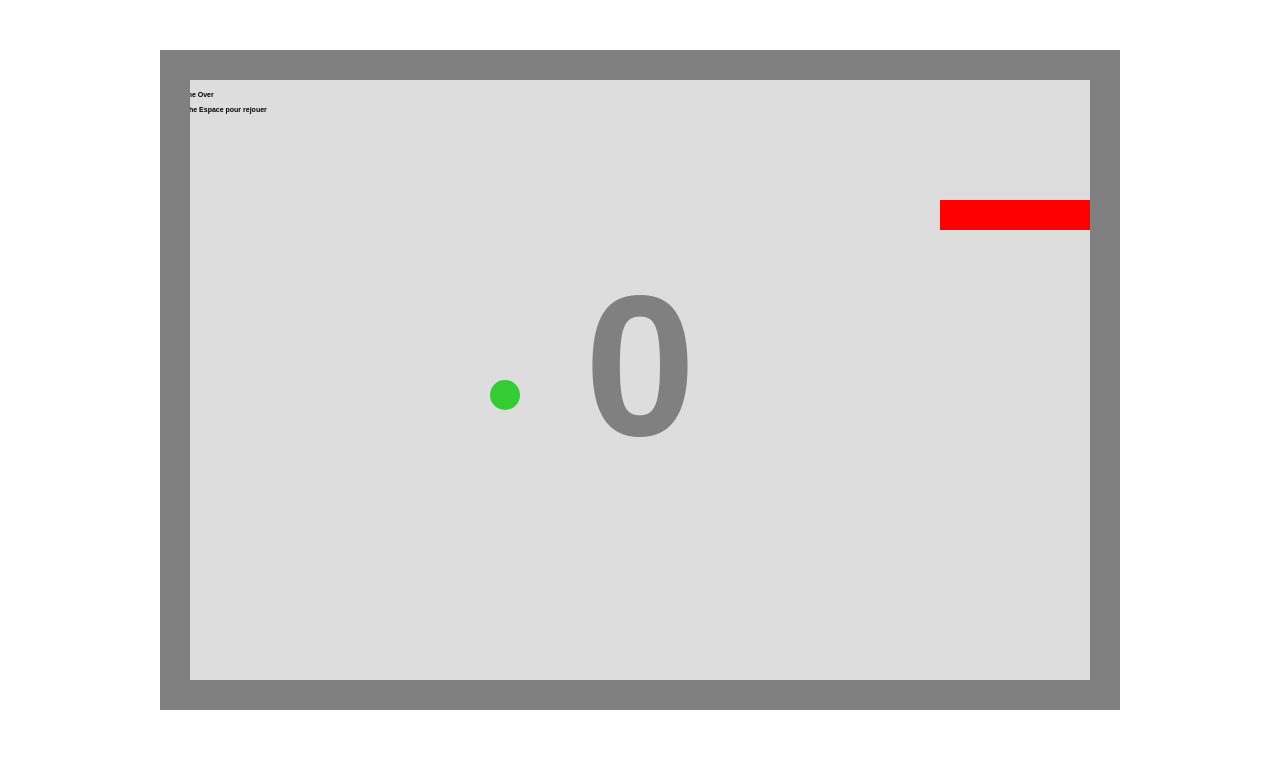
Repository: 0Memo/serpent
Page: index.html
The author's editor kept a copy of each file at every save. The page is drawn from the files as they stood at one save, then again after the next save.
The browser window is 1280 px wide. The pictures show the whole page.

Above is the page before, as saved 2020-12-16 22:19:14.

After the next save:
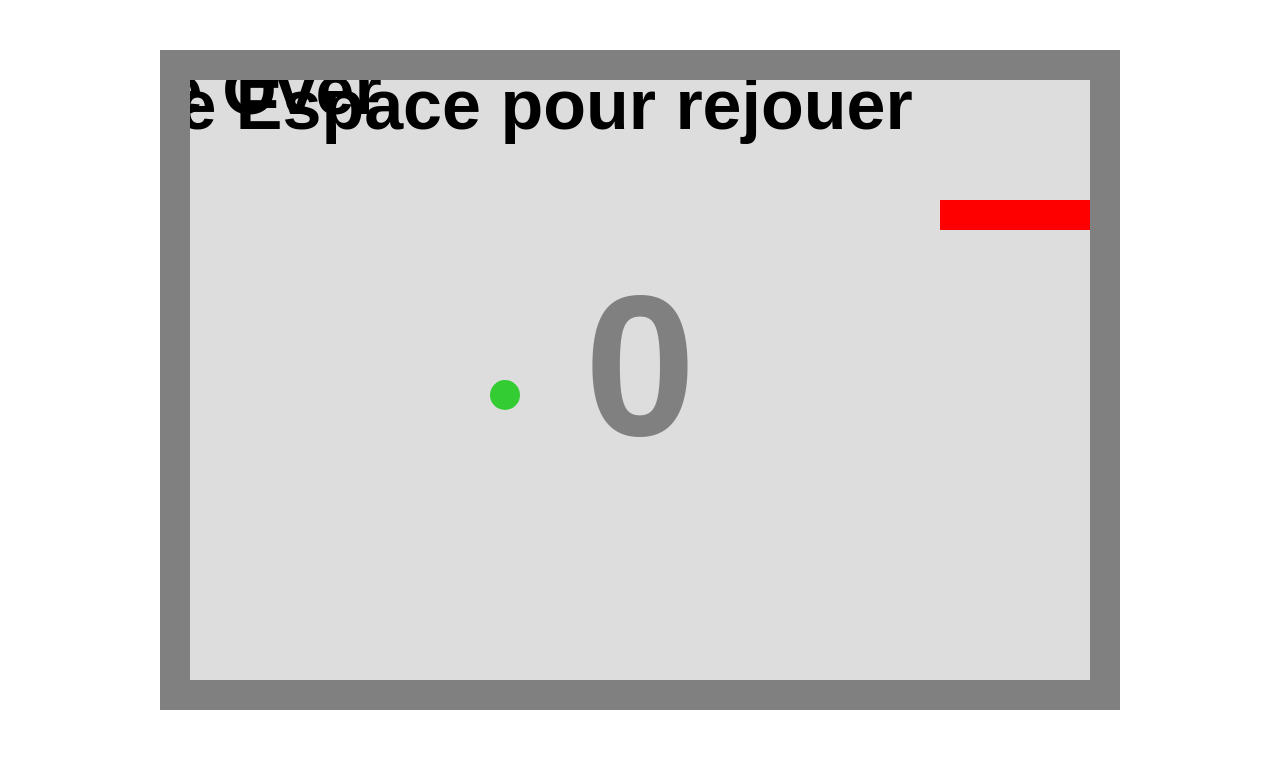
Saved 9 s later.
--- a/js/script.js
+++ b/js/script.js
@@ -57,7 +57,7 @@ window.onload = function(){
     function gameOver()
     {
         ctx.save();
-        ctx.font = "bold 7px sans-serif";
+        ctx.font = "bold 70px sans-serif";
         ctx.fillStyle = "#000";
         ctx.textAlign = "center";
         ctx.textBaseline = "middle";
